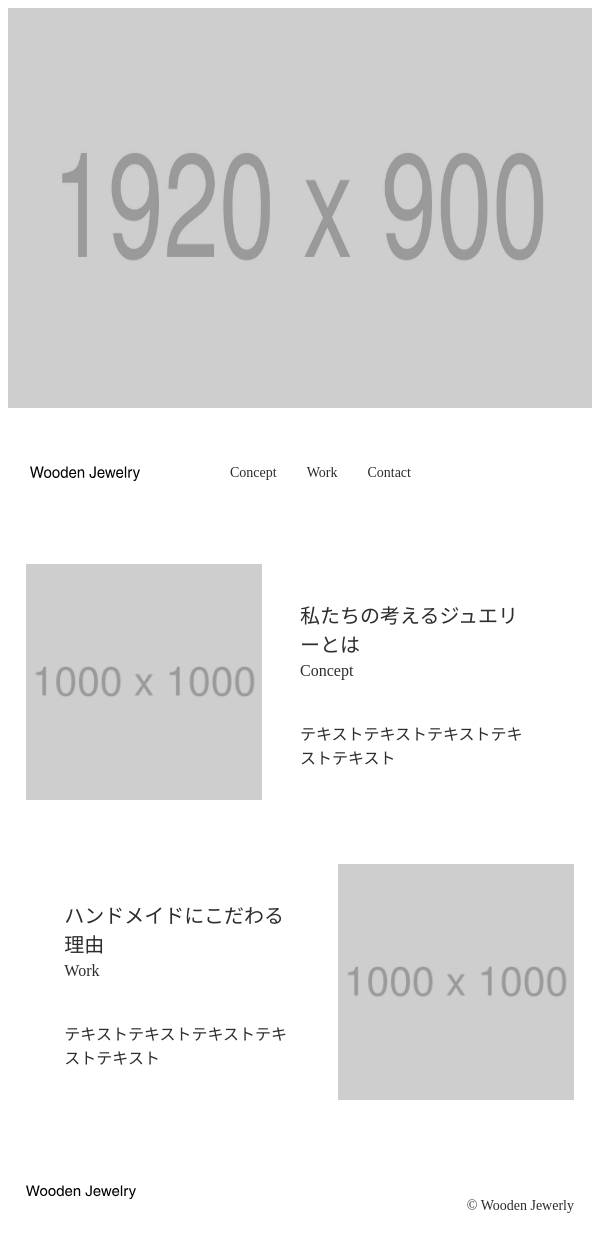
Repository: Fuki-san/jewelry
Page: http://localhost/jewelry
These files come from the project's save history. The page is drawn as it stood at one moment and after the next save; the edit follows.
The browser window is 600 px wide. The pictures show the whole page.
The page is served by the project's Laravel application, run on PHP 8.4 with Laravel 10.

Above is the page before, as saved 2023-11-26 15:09:17.

After the next save:
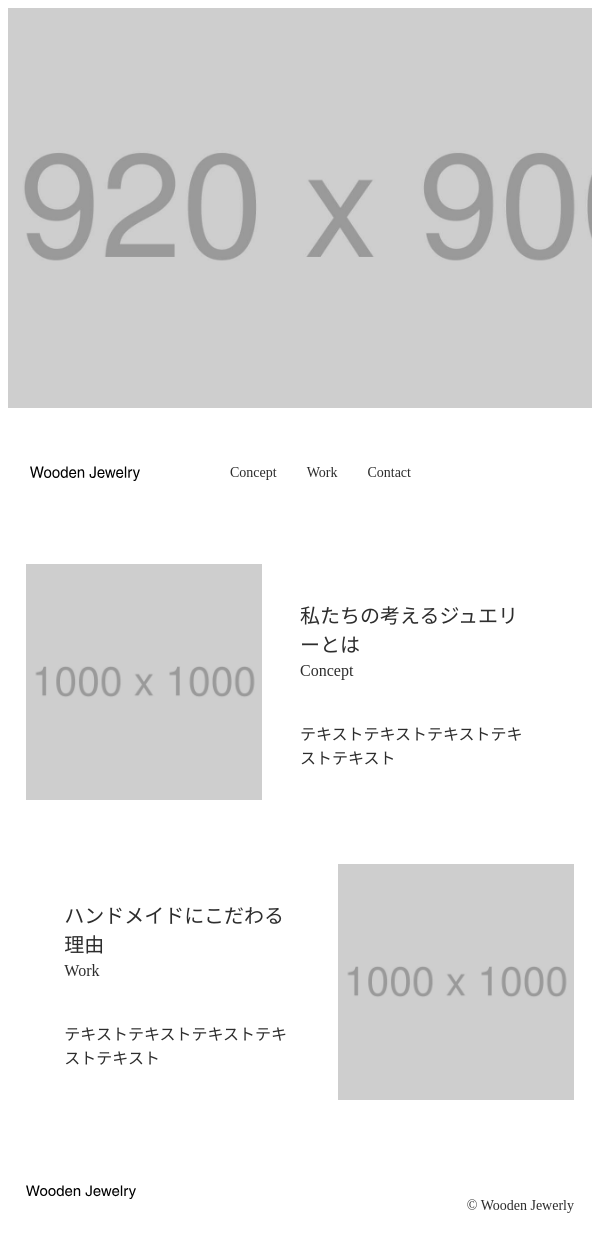
Saved 4 s later.
--- a/public/css/style.css
+++ b/public/css/style.css
@@ -110,6 +110,6 @@ img{
     #mainvisual img{
         width: 100%;
         height: 50vh;
-        obje
+        object-fit: cover;
     }
 }
